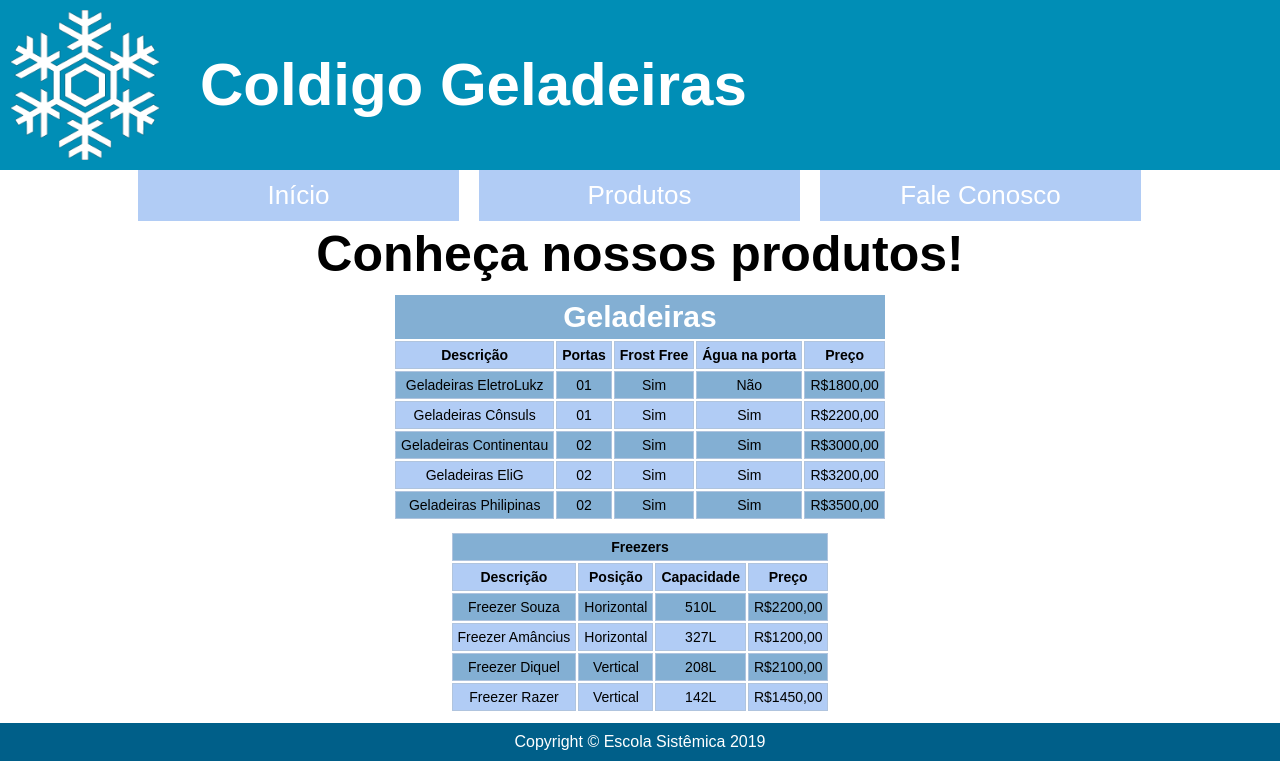
Repository: viniJulio/Coldigo
Page: ProjetoTrilhaWeb/WebContent/pages/site/produtos.html
An editor plug-in stored every save of this project. The page is shown before and after the next save, followed by the edit.
The browser window is 1280 px wide. The pictures show the whole page.

Above is the page before, as saved 2023-03-07 23:52:18.

### ProjetoTrilhaWeb/WebContent/pages/site/produtos.html
<!DOCTYPE html>
<html lang="pt-br">
<head>
<meta charset="UTF-8">
<meta name="description" content="Site da Coldigo Geladeiras">
<meta name="keywords" content="Geladeiras, Frost-free, Refrigeração">
<meta name="author" content="Escola Sistêmica">
<meta name="viewport" content="widht=device-widht, initial-scale=1.0">

<title>Coldigo Geladeiras</title>
<link rel="stylesheet" type="text/css" href="../../css/site.css">
<script src="https://code.jquery.com/jquery-3.6.3.min.js"></script>
	<script src="../../js/site.js"></script>
</head>
<body>
	<header>

	</header>

	<nav>

	</nav>

	<section>

		<h2>Conheça nossos produtos!</h2>

		<!-- criando tabela dos produtos -->

		<table class="tabelaProdutos">
			<thead>
				<tr>
					<th colspan="5" class="tituloTabela">Geladeiras</th>
				</tr>
				<tr>
					<th>Descrição</th>
					<th>Portas</th>
					<th>Frost Free</th>
					<th>Água na porta</th>
					<th>Preço</th>
				</tr>
			</thead>
			<tbody>
				<tr>
					<td>Geladeiras EletroLukz</td>
					<td>01</td>
					<td>Sim</td>
					<td>Não</td>
					<td>R$1800,00</td>
				</tr>
				<tr>
					<td>Geladeiras Cônsuls</td>
					<td>01</td>
					<td>Sim</td>
					<td>Sim</td>
					<td>R$2200,00</td>
				</tr>
				<tr>
					<td>Geladeiras Continentau</td>
					<td>02</td>
					<td>Sim</td>
					<td>Sim</td>
					<td>R$3000,00</td>
				</tr>
				<tr>
					<td>Geladeiras EliG</td>
					<td>02</td>
					<td>Sim</td>
					<td>Sim</td>
					<td>R$3200,00</td>
				</tr>
				<tr>
					<td>Geladeiras Philipinas</td>
					<td>02</td>
					<td>Sim</td>
					<td>Sim</td>
					<td>R$3500,00</td>
				</tr>
			</tbody>
		</table>

		<table class="tabelaSecundaria">
			<thead>
				<tr>
					<th colspan="4" class="tituloSecundaria">Freezers</th>
				</tr>
				<tr>
					<th>Descrição</th>
					<th>Posição</th>
					<th>Capacidade</th>
					<th>Preço</th>
				</tr>
			</thead>
			<tbody>
				<tr>
					<td>Freezer Souza</td>
					<td>Horizontal</td>
					<td>510L</td>
					<td>R$2200,00</td>
				</tr>
				<tr>
					<td>Freezer Amâncius</td>
					<td>Horizontal</td>
					<td>327L</td>
					<td>R$1200,00</td>
				</tr>
				<tr>
					<td>Freezer Diquel</td>
					<td>Vertical</td>
					<td>208L</td>
					<td>R$2100,00</td>
				</tr>
				<tr>
					<td>Freezer Razer</td>
					<td>Vertical</td>
					<td>142L</td>
					<td>R$1450,00</td>
				</tr>
			</tbody>
		</table>
	</section>
	<footer></footer>
</body>
</html>

### ProjetoTrilhaWeb/WebContent/css/site.css
@charset "UTF-8";

/*Configuração geral do corpo da página*/
body {
	margin: 0 auto;
	padding:0;
	font-family: "Century Gothic", sans-serif;
}

/**********************
configurações gerais
***********************/

/*cabeçalho*/
header {
	height: 170px;
	background-color: #008eb6;
}

header img {
	float: left;
	height: 150px;
	width: 150px;
	margin: 10px;
}

header h1 {
	float: left;
	margin: 50px 0 0 30px;
	font-size: 60px;
	color: #ffffff;
}

/*menu*/
nav {
	clear: both;
	width: 80%;
	margin: 0px auto;
	height: 55px;
}

nav a {
	color: white;
	text-decoration: none;
	text-align: center;
}

nav .opcao {
	float: left;
	width: 31.3%;
	background-color: #b1ccf5;
	padding: 10px 0;
	margin: 0 1%;
	font-size: 26px;
}

nav .opcao:hover {
	background-color: #83afd3;
}

/*Área geral para conteúdos específicos de cada pág*/
section {
	clear: both;
	min-height: 400px;
	width: 100%;
	margin-top: 0px;

}

/*Rodapé*/
footer{
	background-color: #005f89;
	color:#fff;
	text-align: center;
	padding:10px;
}

/***********
Página inicial
************/

section #topo{
	width: 900px;
	margin: 0px auto;
	height: 250px;
}

.geladeira{
	height: 250px;
	width: 125px;
}
.direita{
	float:right;
}
.esquerda{
	float:left;
}

section #titulos{
	float: left;
	height: 250px;
	width: 650px;
	margin: 0px auto;
}

h2{
	text-align: center;
	margin-top: 0px;
	margin-bottom: 10px;
	font-size: 50px;
}

h3{
	text-align: center;
	margin-top: 50px;
	font-size: 20px;
}

section p{
	clear: both;
	text-align: center;
	margin: 10px 80px;

}

/*************
Página Produtos
************/
.tabelaProdutos{
	margin: 10px auto;
	text-align: center;
}

.tituloTabela{
	text-align: center;
	font-size: 30px;
	font-weight: bold;
	color:#fff;
	padding:5px;
	border:transparent;
}
tr,td,th{
	border: 1px solid #B0C4DE;
	padding: 5px;
}

tr,td{
	font-size: 14px;

}

tr:nth-child(even) {
	background-color: #b1ccf5;

}
tr:nth-child(odd) {
	background-color: #83afd3;
}

.tabelaSecundaria{
	margin:10px auto;
	text-align: center;
}

.tituloSecundario{
	text-align: center;
	font-size: 30px;
	font-weight: bold;
	color:#fff;
	padding:5px;
	border:transparent;
}

/************
Página faleConosco
*************/

.faleConosco{
	width: 300px;
	margin:0px auto;
	font-weight: bold;
	margin-bottom: 10px;
}

.faleConosco input, .faleConosco textarea, .faleConosco select{
	margin: 5px auto;
	width: 100%;
	padding: 5px 0;
}

.faleConosco textarea{
	height: 100px;
	resize:none;
width: 100%;
}
.faleConosco buttom{
	width:30%;
	margin: 0 10%;
	background-color: #b1ccf5;
	font-weight: bold;
	font-size: 16px;

}

### ProjetoTrilhaWeb/WebContent/js/site.js
function validaFaleConosco(){
	alert("achou!");

}

function verificaMotivo(motivo) {

	var elemento = document.getElementById("opcaoProduto");

	//se o valor da variavel motivo for "PR"
	if (motivo == "PR") {
		//Criamos um elemento (tag) <select> e guardamos na varíavel homônima
		var select = document.createElement("select");
		//setamos nesse novo select o atributo 'name' com o valor 'selproduto'
		select.setAttribute("nome", "selproduto");
		//conteúdo atual da variável select:
		//<select name="selproduto"></select>

		//Criamos um elemento(tag)<option> e guardamos na variável homônima
		var option = document.createElement("option");
		//setamos nesse novo option o atributo 'value' com o valor vazio
		option.setAttribute("value", "");
		//Criamos um ní de texto "Escolha" e gravamos na variável 'texto'
		var texto = document.createTextNode("Escolha");
		//colocamos o nó de texto criado como "filho" da tag option criada
		option.appendChild(texto)
		//conteudo atual da variavel option;
		//<option value="">Escolha>/option>

		//colocamos o option criado como "filho" da tag option criada
		select.appendChild(option);
		//conteudo atual da variavel select:
		//<select name="selproduto"><option value="">Escolha</option></select>

		//criamos ul elemento (tag) <option> e guardamos na variável homônima
		var option = document.createElement("option");
		//setamos nesse novo option o atributo "value" com o valor "FR"
		option.setAttribute("value", "FR");
		//criamos um nó de texto "Freezer" e gravamos na variável 'texto'
		var texto = document.createTextNode("Freezer");
		//Colocamos o nó de texto criado como 'filho' da tag option criada
		option.appendChild(texto);
		//conteudo atual da variavel option:
		//<option value="FR">Freezer</option>

		//colocamos o option criado como "filho"da tag select criada
		select.appendChild(option);
		//conteudo atual da variavel select:
		/*
		<select name="selproduto">
		<option value="">Escolha</option><option value="FR">Freezer</option>
		</select>
		*/

		//criamos ul elemento (tag) <option> e guardamos na variável homônima
		var option = document.createElement("option");
		//setamos nesse novo option o atributo "value" com o valor "GE"
		option.setAttribute("value", "GE");
		//criamos um nó de texto "Freezer" e gravamos na variável 'texto'
		var texto = document.createTextNode("Geladeira");
		//Colocamos o nó de texto criado como 'filho' da tag option criada
		option.appendChild(texto);
		//conteudo atual da variavel option:
		//<option value="GE">Freezer</option>

		//colocamos o option criado como "filho"da tag select criada
		select.appendChild(option);
		//conteudo atual da variavel select:
		/*
		<select name="selproduto">
		<option value="">Escolha</option><option value="FR">Freezer</option>
		</select>
		*/

		//colocamos o select criado como "filho" da tag div capturada no inicio da função
		elemento.appendChild(select);
		//se o valor da variavel motivo não foi "PR"...
	} else {
		//se a div possuir algum "primeiro filho"
		if (elemento.firstChild)
			//removemos ele
			elemento.removechild(elemento.firstChild);
	}
}




$(document).ready(function() {

	//carrega cabeçalho, menu e rodapé aos respectivos locais
	$("header").load("/ProjetoTrilhaWeb/pages/site/general/cabecalho.html");
	$("nav").load("/ProjetoTrilhaWeb/pages/site/general/menu.html");
	$("footer").load("/ProjetoTrilhaWeb/pages/site/general/rodape.html");

});

### ProjetoTrilhaWeb/WebContent/pages/site/general/cabecalho.html

<img src="/ProjetoTrilhaWeb/imgs/logo.png" alt="Logo da Coldigo Geladeiras">
<h1>Coldigo Geladeiras</h1>

### ProjetoTrilhaWeb/WebContent/pages/site/general/menu.html

<a href="/ProjetoTrilhaWeb/index.html">
	<div class="opcao">Início</div>
</a>
<a href="/ProjetoTrilhaWeb/pages/site/produtos.html">
	<div class="opcao">Produtos</div>
</a>
<a href="/ProjetoTrilhaWeb/pages/site/faleconosco.html">
	<div class="opcao">Fale Conosco</div>
</a>

### ProjetoTrilhaWeb/WebContent/pages/site/general/rodape.html

Copyright &copy; Escola Sistêmica 2019

After the next save:
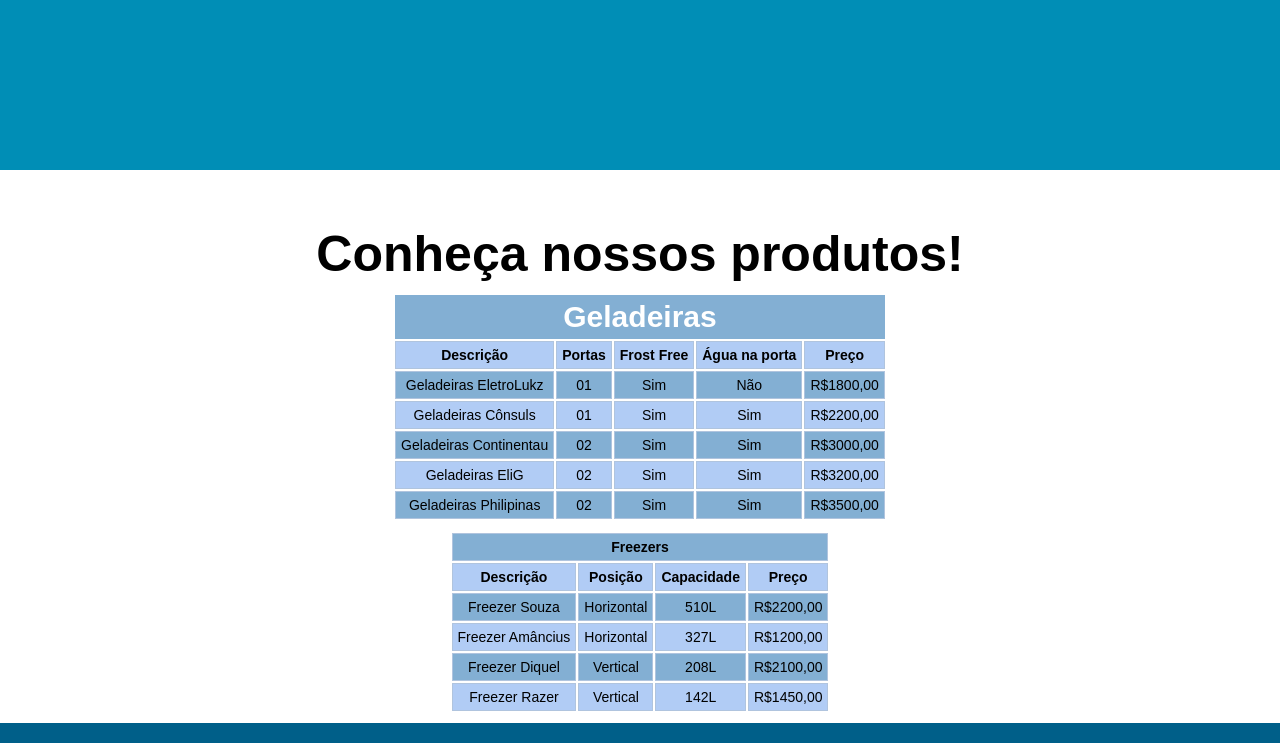
Console error: SyntaxError: Unexpected token '}'
Saved 79 s later.
--- a/ProjetoTrilhaWeb/WebContent/js/site.js
+++ b/ProjetoTrilhaWeb/WebContent/js/site.js
@@ -3,7 +3,7 @@
 
 }
 
-function verificaMotivo(motivo) {
+/*function verificaMotivo(motivo) {
 
 	var elemento = document.getElementById("opcaoProduto");
 
@@ -81,7 +81,7 @@
 			//removemos ele
 			elemento.removechild(elemento.firstChild);
 	}
-}
+*/}
 
 
 

After the 2 saves that followed:
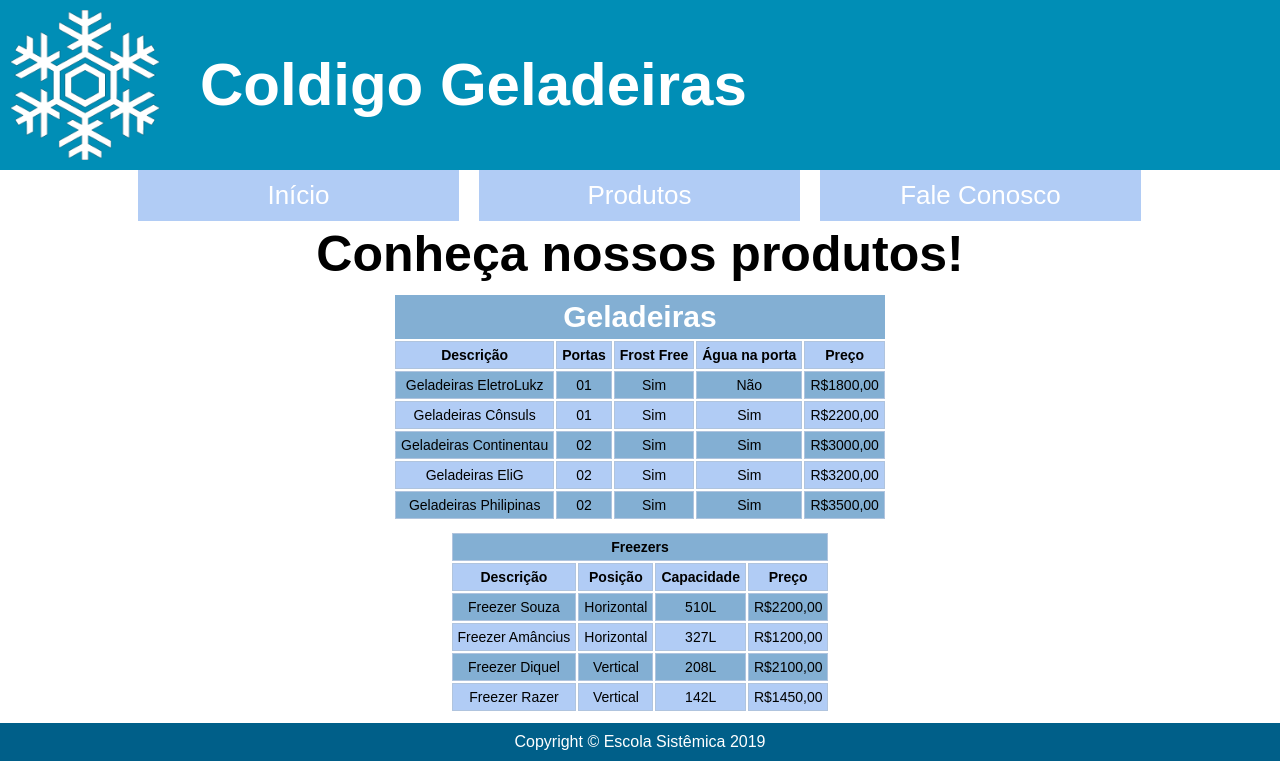
The error is gone.
The 2 saves are shown as one change because they came seconds apart.
The last was saved 20 s later.
--- a/ProjetoTrilhaWeb/WebContent/js/site.js
+++ b/ProjetoTrilhaWeb/WebContent/js/site.js
@@ -3,7 +3,7 @@
 
 }
 
-/*function verificaMotivo(motivo) {
+function verificaMotivo(motivo) {
 
 	var elemento = document.getElementById("opcaoProduto");
 
@@ -81,7 +81,7 @@
 			//removemos ele
 			elemento.removechild(elemento.firstChild);
 	}
-*/}
+}
 
 
 
